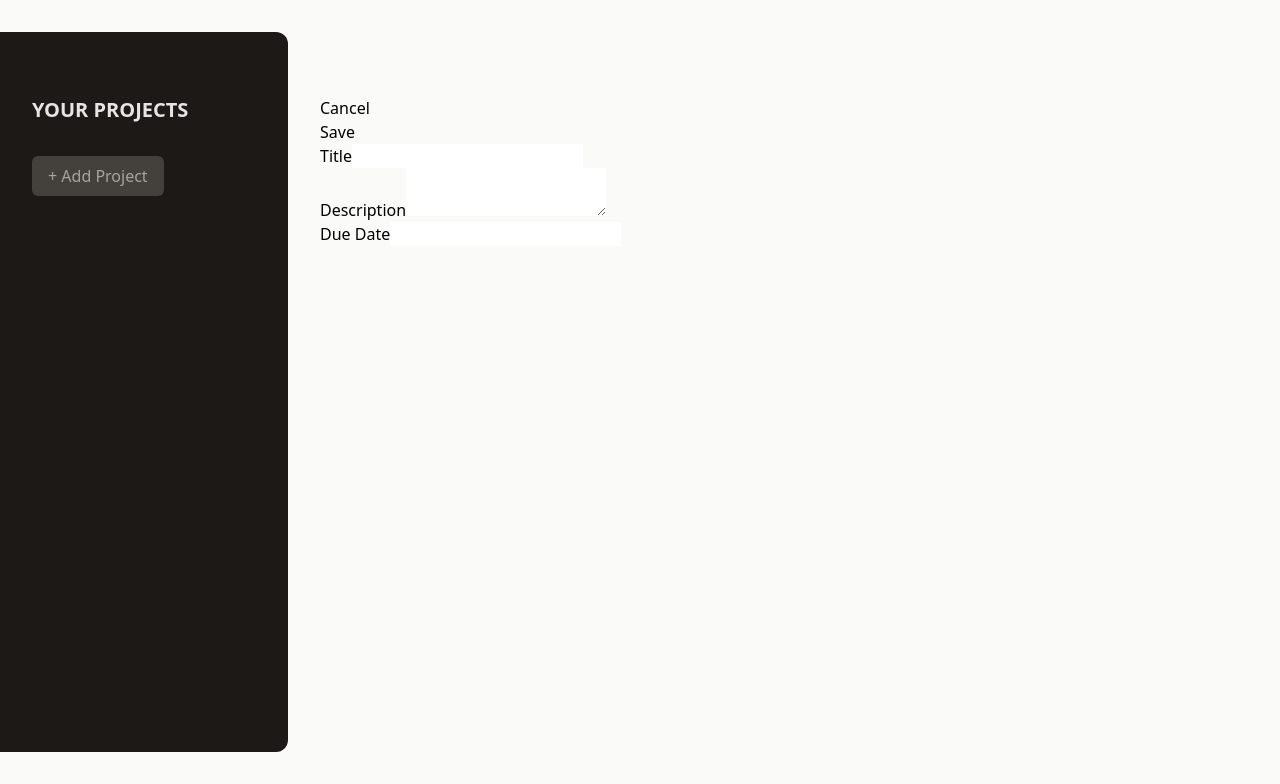
Repository: collyrium921/project-management
Page: /
The author's editor kept a copy of each file at every save. The page is drawn from the files as they stood at one save, then again after the next save.
The browser window is 1280 px wide. The pictures show the whole page.
The project was rebuilt for these pictures with package versions that can differ from the ones it lists, and the page was loaded fresh each time. Also part of the build but not shown: vite.config.js.

Above is the page before, as saved 2024-07-11 01:55:32.

After the next save:
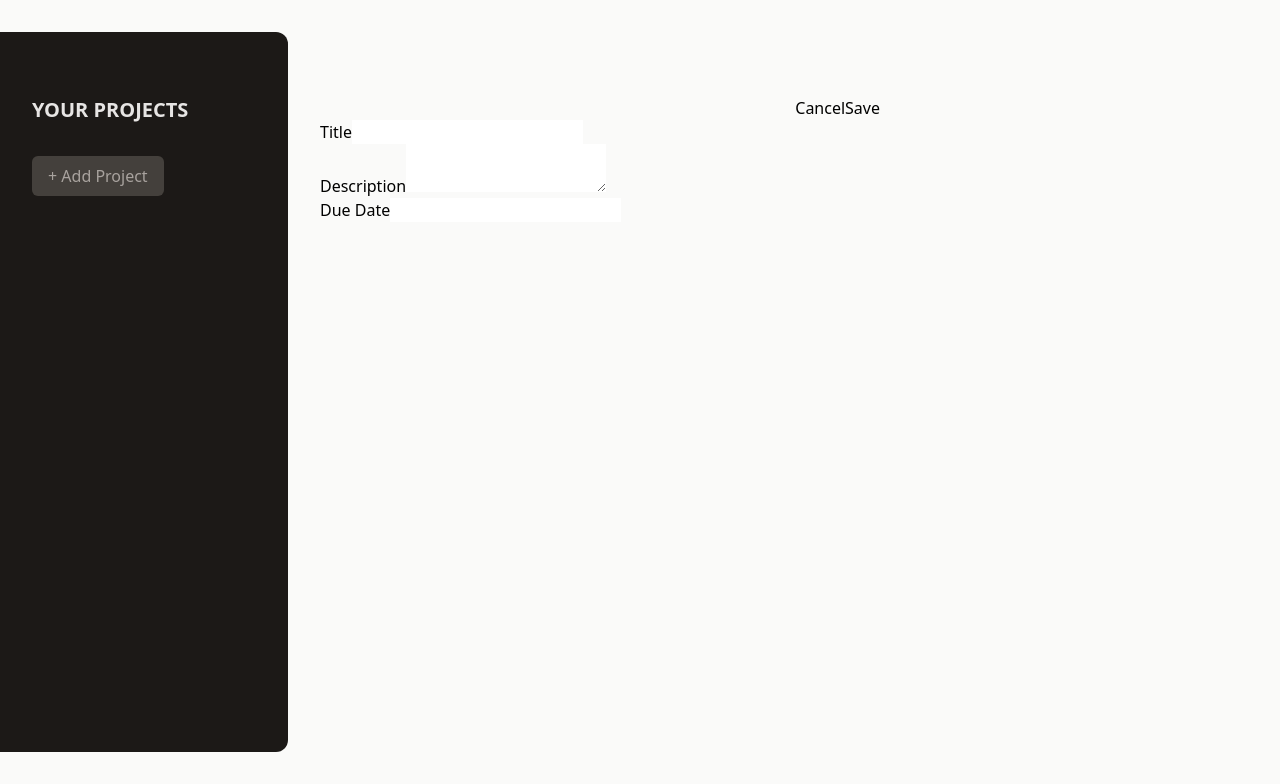
Saved 26 s later.
--- a/src/components/NewProject.jsx
+++ b/src/components/NewProject.jsx
@@ -3,7 +3,7 @@ import Input from "./Input";
 export default function NewProject() {
   return (
     <div className="w-[35rem] mt-16">
-      <menu>
+      <menu className="flex items-center justify-end">
         <li>
           <button>Cancel</button>
         </li>
